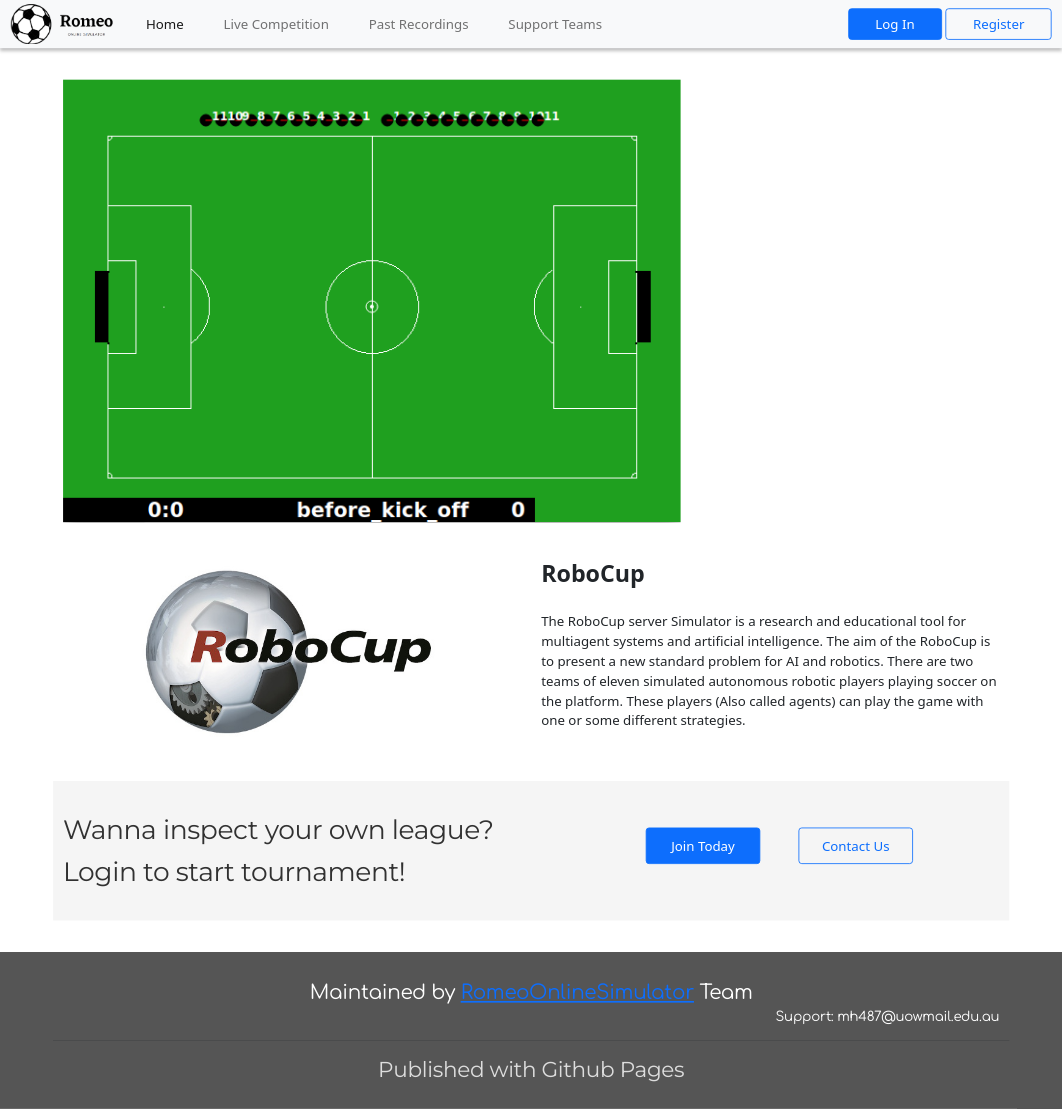
Repository: romeoonlinesim/romeoonlinesim.github.io
Page: competition.html
An editor plug-in stored every save of this project. The page is shown before and after the next save, followed by the edit.
The browser window is 1280 px wide. The pictures show the whole page, at 83% of full size.

Above is the page before, as saved 2021-05-19 21:17:43.

After the next save:
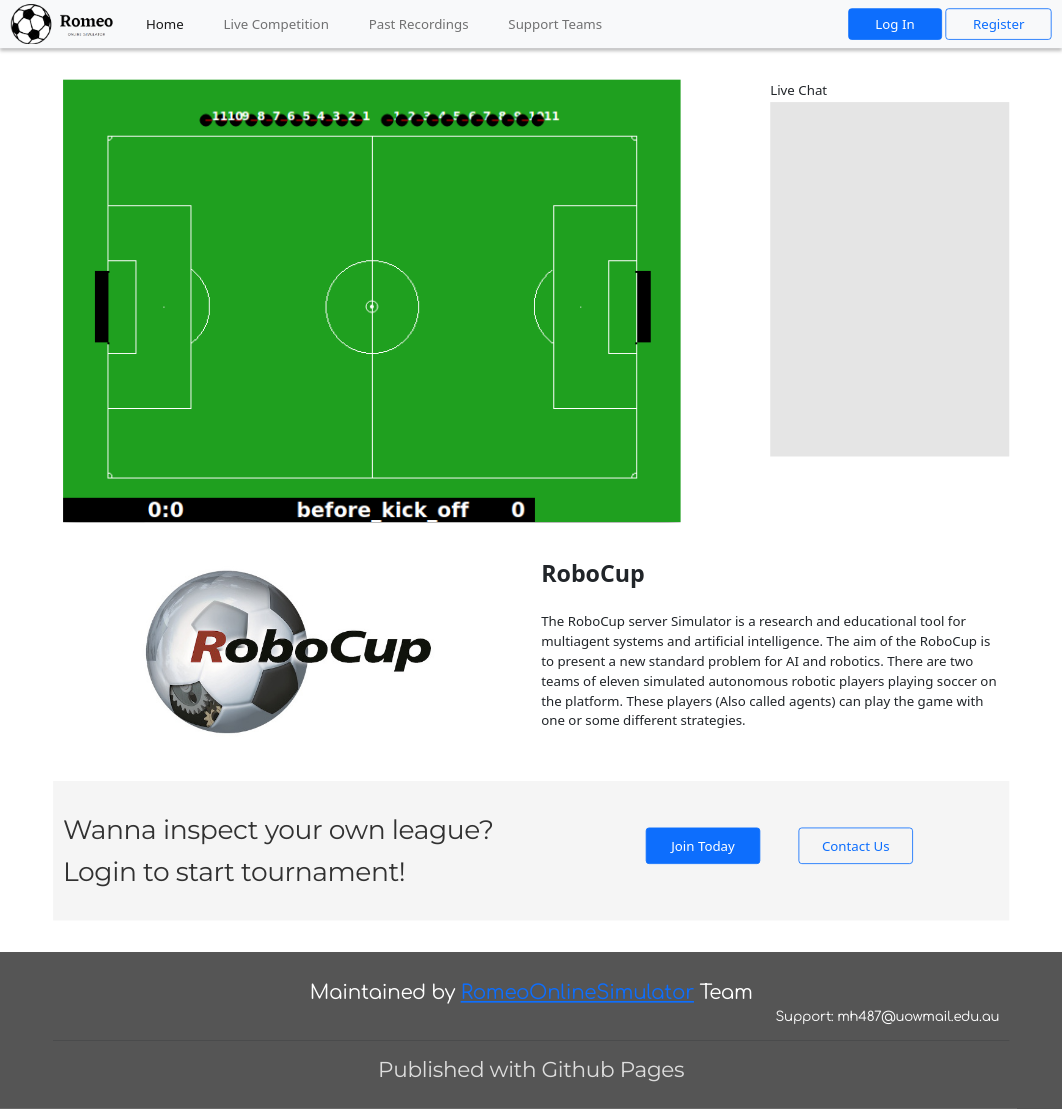
Saved 19 s later.
--- a/competition.html
+++ b/competition.html
@@ -198,7 +198,8 @@
             </div>
             <div class="col-lg-1"></div>
             <div class="col-lg-3">
-                <div class="row chat-header"></div>
+                <div class="row chat-header">Live Chat</div>
+                <div class="row chat"></div>
             </div>
         </div>
         <div class="row">
